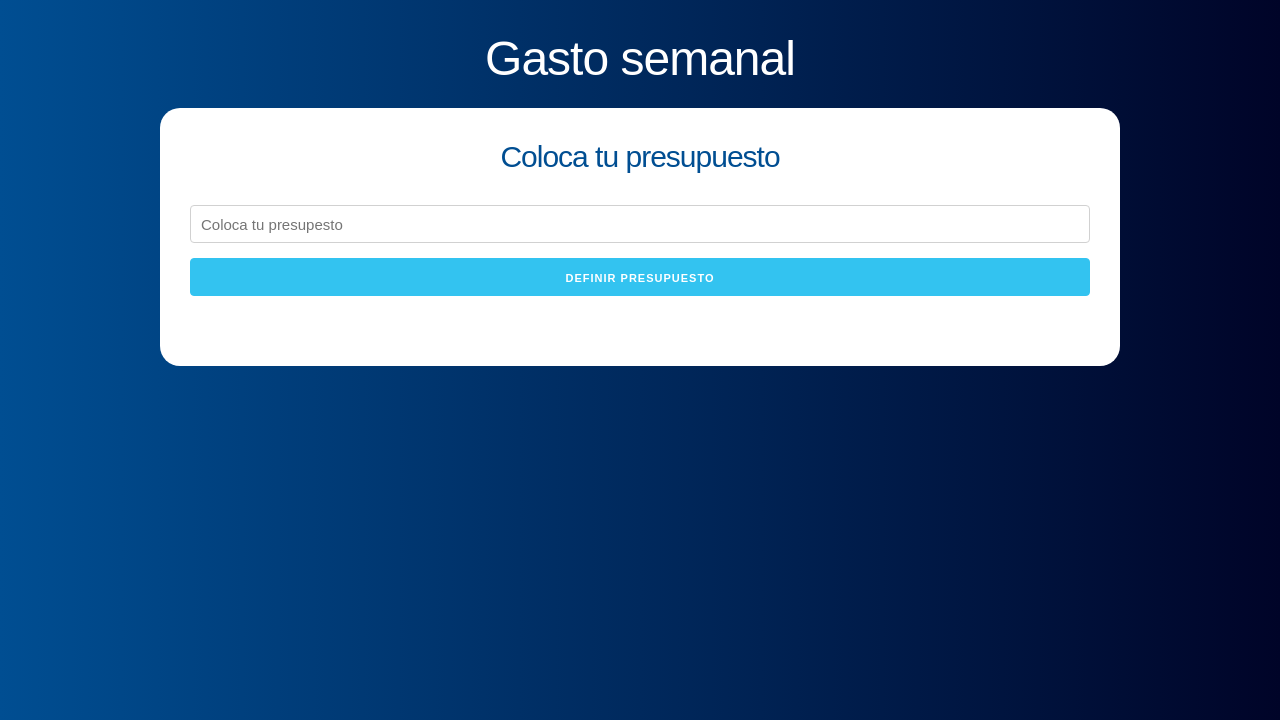
Repository: leonmezu1/presupuesto
Page: /
An editor plug-in stored every save of this project. The page is shown before and after the next save, followed by the edit.
The browser window is 1280 px wide. The pictures show the whole page.
The project was rebuilt for these pictures with package versions that can differ from the ones it lists, and the page was loaded fresh each time. Imported but missing from the stored project, and not drawn on this page: src/components/Error.

Above is the page before, as saved 2020-10-07 11:12:38.

### src/App.js
import React, { useState, useEffect } from 'react';
import Pregunta from './components/Pregunta';

function App() {
  const [presupuesto, guardarPresupuesto] = useState(0);
  const [restante, guardarRestante] = useState(0);
  return (
    <div className="container">
      <header>
        <h1>Gasto semanal</h1>
        <div className="contenido-principal contenido">
          <Pregunta guardarPresupuesto={guardarPresupuesto} guardarRestante={guardarRestante}/>
          <div className="row">
            <div className="one-half column">

            </div>

          </div>
          </div>
      </header>
    </div>
  );
}

export default App;

### src/components/Pregunta.js
import React, { Fragment, useState, useEffect } from 'react';
import Error from './Error';

const Pregunta = ({guardarPresupuesto, guardarRestante}) => {
    const [cantidad, guardarCantidad] = useState(0);
    const [error, guardarError] = useState(false);
    const agregarPresupuesto = e => {
        e.preventDefault();
        if (cantidad < 1 || isNaN(cantidad)) {
            guardarError(true);
            return
        }
        guardarError(false);
        guardarPresupuesto(cantidad);
        guardarRestante(cantidad);
    }

    return (
        <Fragment>
            <h2>Coloca tu presupuesto</h2>
            { error ? <Error mensaje="El presupuesto es incorrecto" /> : null }
            <form onSubmit={agregarPresupuesto}>
                <input
                    type="number"
                    className="u-full-width"
                    placeholder="Coloca tu presupesto"
                    onChange={e => {
                        guardarCantidad(parseInt(e.target.value));
                    }}
                />
                <input
                    type="submit"
                    className="button-primary u-full-width"
                    value="Definir presupuesto"
                />
            </form>
        </Fragment>

    );
}

export default Pregunta;

Loaded but not shown: public/index.html (common file); src/index.js (common file); src/index.css (common file); src/serviceWorker.js (common file)

After the next save:
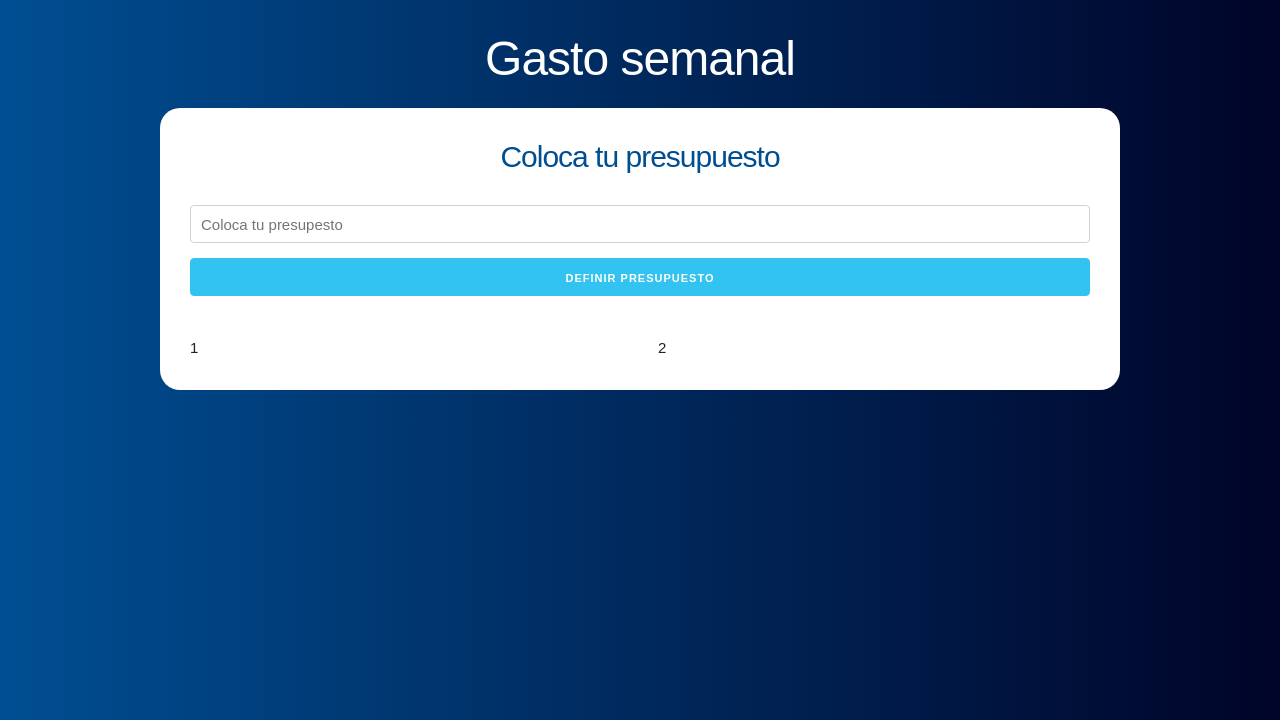
Saved 49 s later.
--- a/src/App.js
+++ b/src/App.js
@@ -12,11 +12,13 @@ function App() {
           <Pregunta guardarPresupuesto={guardarPresupuesto} guardarRestante={guardarRestante}/>
           <div className="row">
             <div className="one-half column">
-
+              1
             </div>
-
+            <div className="one-half column">
+              2
+            </div>
           </div>
-          </div>
+        </div>
       </header>
     </div>
   );
